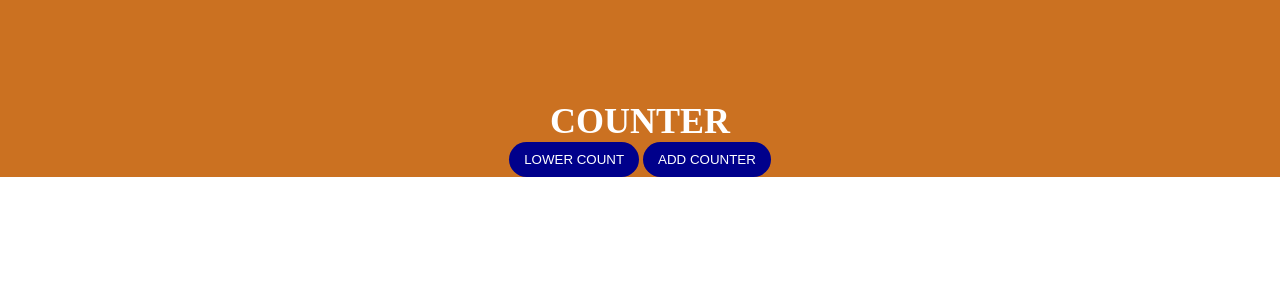
Repository: lusine-tech/counter
Page: index.html
An editor plug-in stored every save of this project. The page is shown before and after a run of saves, followed by the edit.
The browser window is 1280 px wide. The pictures show the whole page.

Above is the page before, as saved 2022-02-14 16:55:03.

### index.html
<!DOCTYPE html>
<html lang="en">
<head>
    <meta charset="UTF-8">
    <meta http-equiv="X-UA-Compatible" content="IE=edge">
    <meta name="viewport" content="width=device-width, initial-scale=1.0">
    <link rel="stylesheet" href="style.css">
    <title>counter</title>
</head>
<body>
    <section class="background">
        <div class="block">
            <h3 class="title">Counter</h3>
            <p class="num"></p>
    <div class="buttons">
       <button class="btn" id="btn-left">lower count</button>
       <button class="btn" id="btn-right">add Counter</button>
    </div>
    </div>
    </section>
   <script src="/script.js"></script>
</body>
</html>

### style.css
*{
    margin: 0;
    padding: 0;
    box-sizing: border-box;
}

.background {
    width: 100%;
    height: 100%;
    background-color: #cb7121;
    text-align: center;
   padding-top: 100px;
}

.block {}
.title {
    color: #fff;
    font-size: 36px;
    text-transform: uppercase;
}
.num {
    font-size: 56px;
}
.btn {
    padding: 10px 15px;
    color: #fff;
    border-radius: 20px;
    cursor: pointer;
    transition: 0.5s ease;
    border: none;
    outline: none;
    background-color: #00008B;
    text-transform: uppercase;
}

Loaded but not shown: script.js (no copy from this time; the picture is the same without it)

After the next 11 saves:
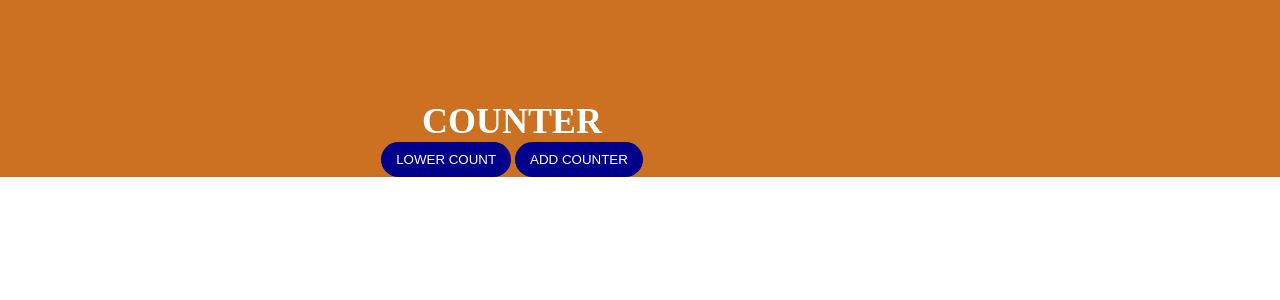
The 11 saves are shown as one change because they came seconds apart.
The last was saved 26 s later.
--- a/style.css
+++ b/style.css
@@ -12,7 +12,10 @@
    padding-top: 100px;
 }
 
-.block {}
+.block {
+    width: 80%;
+    border: 1px solid #
+}
 .title {
     color: #fff;
     font-size: 36px;
